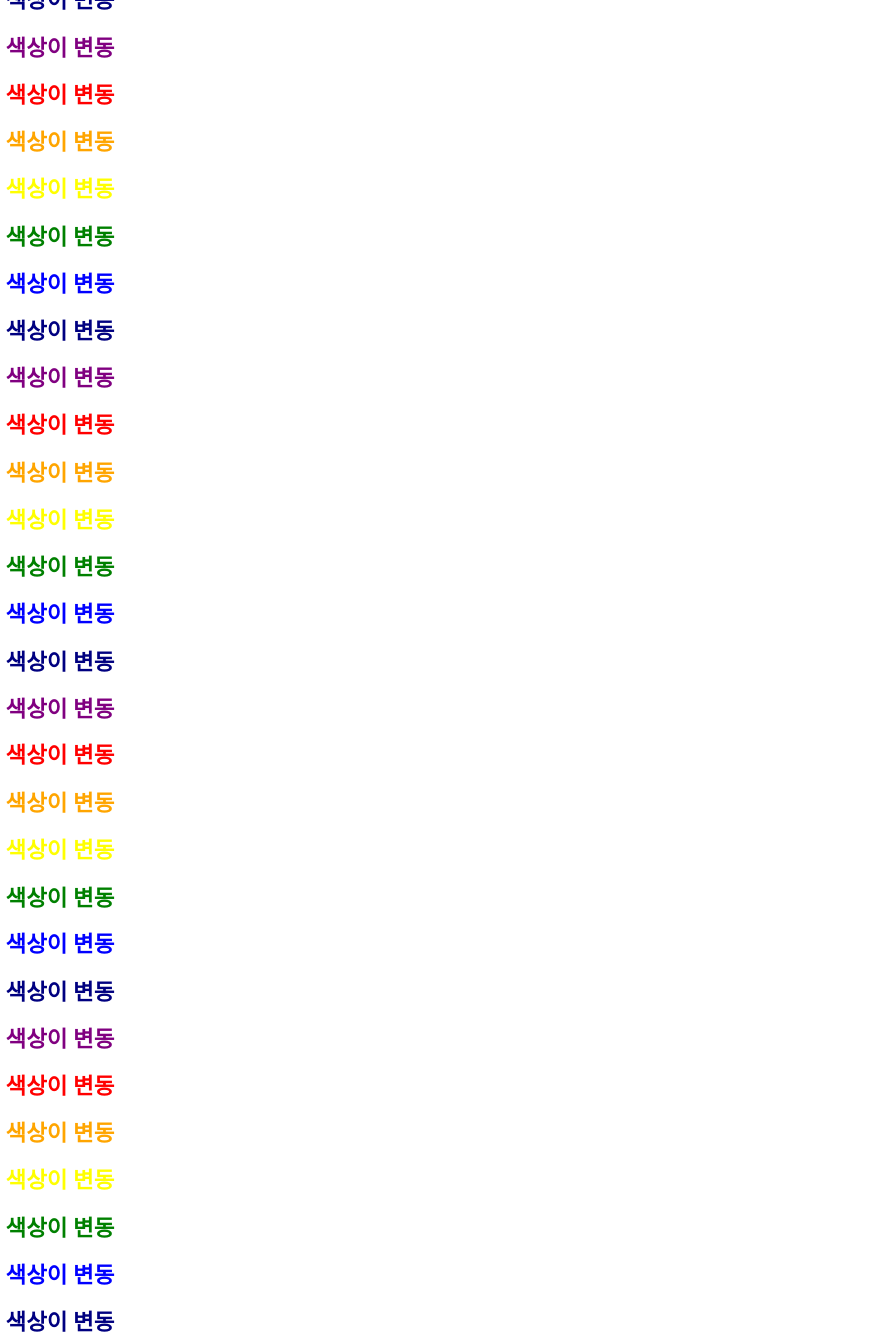
Repository: MySunTY/JSP
Page: http://localhost/JSP07/color.jsp
The author's editor kept a copy of each file at every save. The page is drawn from the files as they stood at one save, then again after the next save.
The browser window is 1280 px wide. The pictures show the part of the page from y = 2811 to 4731 px (the page is 7809 px tall before and 3088 px after), at 70% of full size.
The page is served by Tomcat 9.

Above is the page before, as saved 2024-05-16 02:50:45.

After the next save:
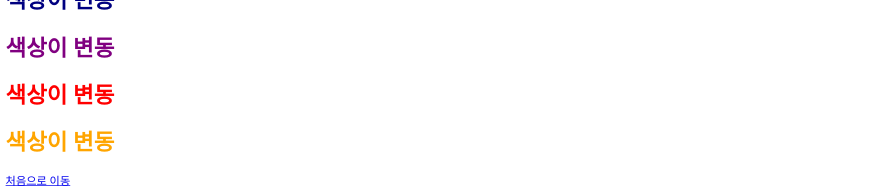
Saved 24 s later.
--- a/JSP07/src/main/webapp/color.jsp
+++ b/JSP07/src/main/webapp/color.jsp
@@ -69,7 +69,7 @@
 			String[] color = {"red","orange","yellow","green","blue","navy","purple"};
 
 
-			for(int i=0; i<100; i++){
+			for(int i=0; i<30; i++){
 
 
 
